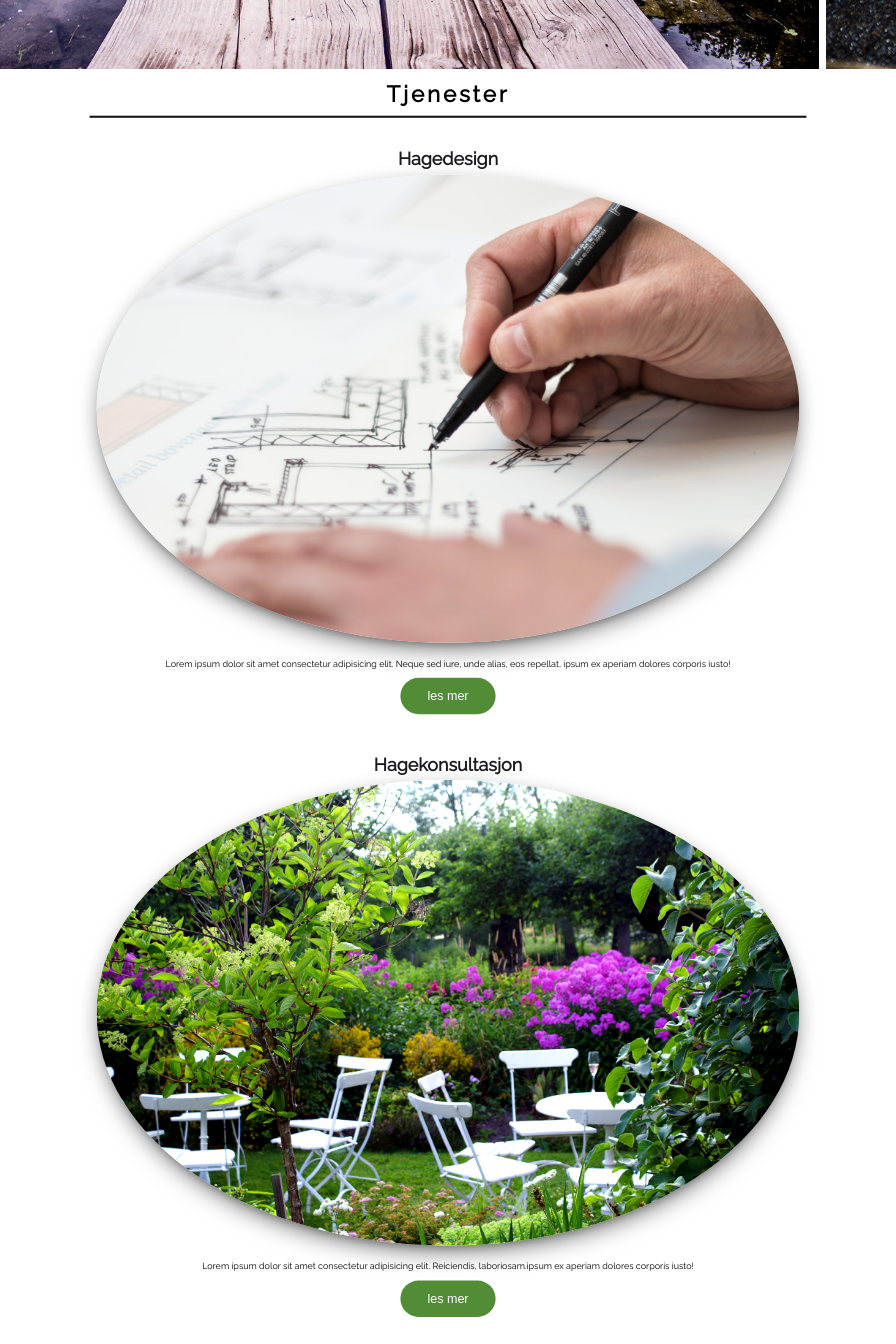
Repository: marinazzz/garden-design-website
Page: index.html
An editor plug-in stored every save of this project. The page is shown before and after the next save, followed by the edit.
The browser window is 1280 px wide. The pictures show the part of the page from y = 885 to 2805 px (the page is 3748 px tall before and 3806 px after), at 70% of full size.

Above is the page before, as saved 2020-03-31 14:23:04.

After the next save:
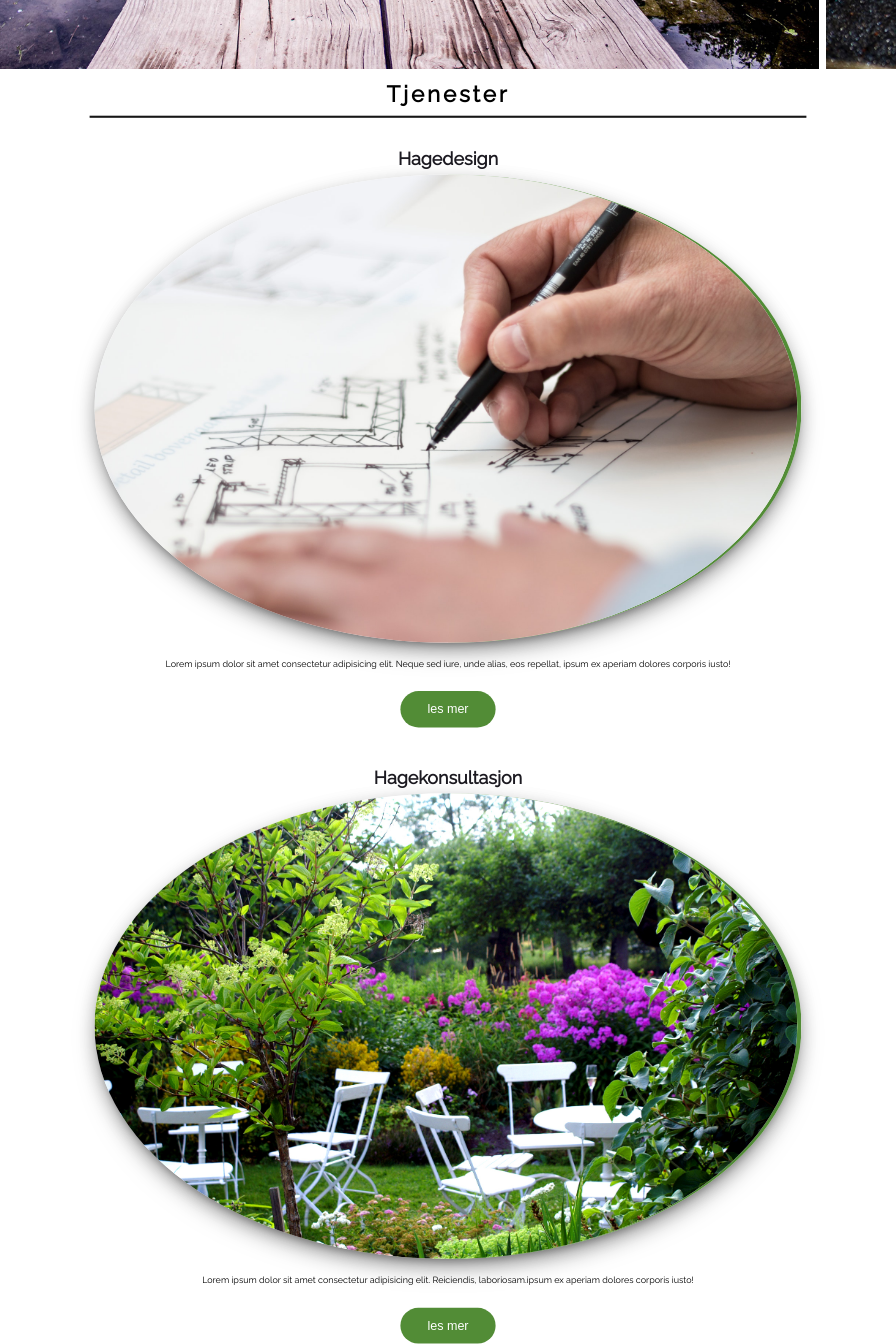
Saved 7 min 26 s later.
--- a/CSS/style.css
+++ b/CSS/style.css
@@ -274,7 +274,7 @@ body {
 
 .services-txt {
   margin: 0;
-  padding-top: 1.5rem;
+  padding: 1.5rem;
 }
 .services-item {
   padding-top: 3rem;
@@ -289,6 +289,7 @@ body {
   overflow: hidden;
   box-shadow: 0 16px 38px -12px rgba(0, 0, 0, 0.56), 0 4px 25px 0px rgba(0, 0, 0, 0.12), 0 8px 10px -5px rgba(0, 0, 0, 0.2);
   border-radius: 50%;
+  border-right: solid 0.5rem #528C36;
   width: 80%;
 }
 
